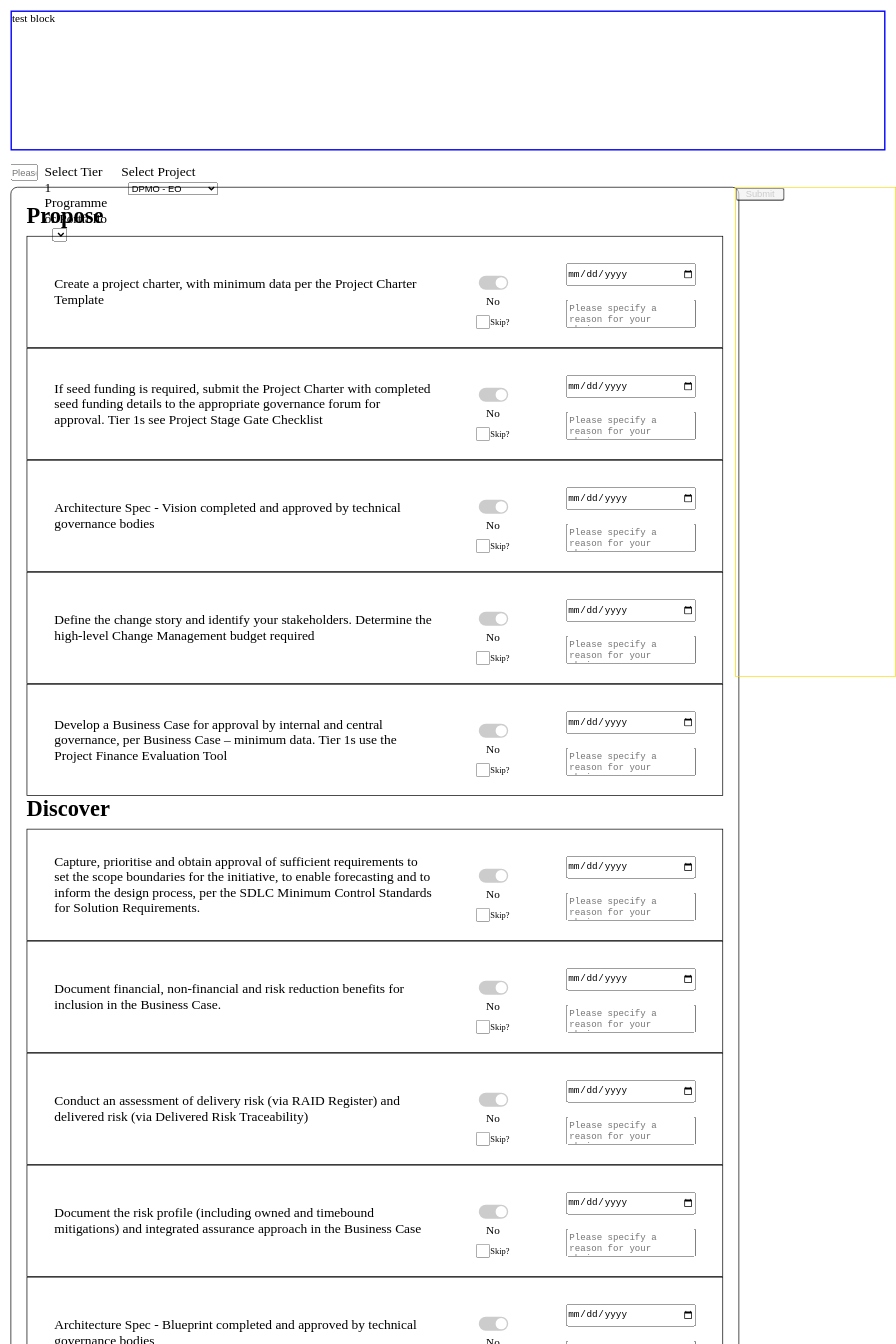
Repository: I-Alpha/JQuery-Html-form
Page: Project-form.html
The author's editor kept a copy of each file at every save. The page is drawn from the files as they stood at one save, then again after a run of saves.
The browser window is 1280 px wide. The pictures show the part of the page from y = 0 to 1920 px (the page is 8699 px tall), at 70% of full size.

Above is the page before, as saved 2020-10-27 00:55:49.

### Project-form.html
<!DOCTYPE html>
<html lang="en">

<head>
    <meta charset="UTF-8">
    <meta name="viewport" content="width=device-width, initial-scale=1.0">
    <link rel="preload" type="fetch" id="Excelfile" name="Excelfile" value="QuestionData.xlsx" />
    <script src="https://ajax.googleapis.com/ajax/libs/jquery/3.5.1/jquery.min.js"></script>
    <script src="https://cdnjs.cloudflare.com/ajax/libs/xlsx/0.14.5/xlsx.full.min.js"></script>
    <script src="https://cdnjs.cloudflare.com/ajax/libs/babel-polyfill/6.26.0/polyfill.js"></script>
    <script src="https://cdnjs.cloudflare.com/ajax/libs/xlsx/0.8.0/jszip.js"></script>
    <script src="https://cdnjs.cloudflare.com/ajax/libs/xlsx/0.8.0/xlsx.js"></script>
    <script src="main.js"></script>
    <link rel="stylesheet" href="main.css" />
    </style>
    <title>Document</title>
</head>

<body style=" display:flex; flex-direction: column; padding: 15px">
    <div id="testblock" name="testblock" style="border:2px solid blue; width: 100%; min-height:200px">test block</div>


    <div id="mainwrapper" style="justify-content: center;">
        <div id="preBar" class="container">
            <div id="formControl" class="container">    <input type= "text" id= "fullname" class= "required" placeholder="Please type your full name"></input>
                <label for="selectPorfolio">Select Tier 1 Programme or Portfolio
                    <select name="selectPorfolio" id="selectPorfolio" style=" margin :0 0 0 10px; max-width:8rem;"
                        placeholder="Select Portfolio"></select></label>
                <label for="selectProject">Select Project
                    <select name="selectProject" id="selectProject" style=" margin :0 0 0 10px; max-width:8rem; "
                        placeholder="Select Portfolio"></select></label>
            </div>

        </div>
        <div id="formContainer" class="container">
            <div id="wrapper">
                <form id="form1">

                    <table class="hidden">
                        <tr>
                            <td colspan=4 class="questCol">
                                <label class="questionLabel" for="mainCheck"></label>
                            </td>
                            <td colspan=1 class="inputCol">
                                <span class="inputContainer">
                                    <span class="mainCheckContainer" style=" display:flex; flex-direction: column;">
                                        <label class="switch">
                                            <input class="mainCheck" type="checkbox" checked>
                                            <span class="slider  round"></span>
                                        </label>
                                        <p for="mainCheck" class="mainChoice" data-val="Yes">No</p>
                                    </span>
                                    <span class="skipContainer" style="left : 6px; display:flex; ">
                                        <input class="skipCheck" type="checkbox">
                                        <p class="skipChoice">Skip?</p>
                                    </span>

                                </span>
                            </td>
                            <td colspan=2 class="altCol">
                                <input type="date" min="getDate()">
                                <textarea type="text"
                                    placeholder="Please specify a reason for your choice...."></textarea>
                            </td>
                        </tr>
                    </table>

                </form>
            </div><div></div>
            <div id= "progressBar"  style ="border : 1px solid gold ; width :230px; right: 0;  position: fixed; height: 700px">
            <button style="order:1; margin:0;" class = "disabled"id="submitbtn" type="submit" form="form1" value="Submit">Submit</button>
        </div>
        </div>

    </div>

</body>

</html>

### main.css

    * {
        box-sizing: border-box;
        margin: 0;
        padding: 0;
        color: black;

    }

    html {
        width: 100%;
        height: 100%;

    }


    label{
        font-size:.9rem;
       }

    body {
        width: 100%;
        height: 100%;
        display: flex;
        position: relative;
        flex-direction: column;
    }

    .hidden{
    display:none;
    visibility: none;
    opacity: 0;
   position:absolute;
    }
    .center {

        text-align: center;
    }

    .container {
        display: flex;
        position: relative;
    }


    h1 {
        margin-bottom: 10px;
    }

    #wrapper {
        border: solid 1px black;
        border-radius: 10px;
        padding: 20px;
        margin-bottom: 10px;

    }

    #mainwrapper{
        max-width: 98%;
    }
    p {
        color: black;
        font-size: 1rem;
        height: auto;
        width: auto;
    }

 .disabled{
     opacity: 60%;
     color:darkgray;
     pointer-events: none;
 }
  form{
      width:100%;
      height : auto;
  }

    .skipContainer {
        position: relative;
        align-items: center;
        left: 0;
        display: flex;
        margin-top: 10px;
    }

    .skipCheck {
        width: 20px;
        height: 20px;

    }

    .skipChoice {font-size: 12px;}


    .skipChoice,
    .skipCheck {
        position: relative;
        left: -10px;
    }

    /* slider */
    .switch {
        position: relative;
        display: inline-block;
        width: 42px;
        height: 20px;
    }

    .switch input {
        opacity: 0;
        width: 0;
        height: 0;
    }

    .slider {
        position: absolute;
        cursor: pointer;
        top: 0;
        left: 0;
        right: 0;
        bottom: 0;
        background-color: #ccc;
        -webkit-transition: .4s;
        transition: .4s;
    }

    .slider:before {
        position: absolute;
        content: "";
        height: 16px;
        width: 16px;
        right:2px;
        bottom: 2px;
        background-color: white;
        -webkit-transition: .4s;
        transition: .4s;
    }

    .mainCheck:checked+.slider {
        background-color: #2196F3;
    }

    .mainCheck:focus+.slider {
        box-shadow: 0 0 1px #2196F3;
    }

    .mainCheck:checked+.slider:before {
        -webkit-transform: translateX(-23px);
        -ms-transform: translateX(-23px);
        transform: translateX(-23px);
    }

    /* Rounded sliders */
    .slider.round {
        border-radius: 34px;
    }

    .slider.round:before {
        border-radius: 50%;
    }

    /*end of slider section*/

    button {
        margin: 10px;
        width: 70px;
        border-radius: 4px;
    }

    td {
         display: flex;
         flex-direction: column;
    }
    td > *{
         padding : 5px 0;
    }


    tr{
        height:10rem;   border: 1px solid black;
        border-collapse: collapse;
}

tr::after{
    border: 1px solid green;
    height:1px;
    content: :" ";
    width: 100%;
    position: relative;
    display: block;
}

td.inputContainer {
    display: inline-block;
    height:100%;
}

td.inputCol{
    display:flex;
    position: relative;
    text-align: center;
    align-items:center;
    min-height:100%;

}

  .questCol textarea{

   padding:  2px  3px;
   display: block;
   position: relative;
   min-width: 95%;
}



/* iPads (portrait and landscape) ----------- */
@media only screen
and (min-device-width : 768px)
and (max-device-width : 1024px) {
/* Styles */
}

/* iPads (landscape) ----------- */
@media only screen
and (min-device-width : 768px)
and (max-device-width : 1024px)
and (orientation : landscape) {
/* Styles */
}

/* iPads (portrait) ----------- */
@media only screen
and (min-device-width : 768px)
and (max-device-width : 1024px)
and (orientation : portrait) {
/* Styles */
}

/* Desktops and laptops ----------- */
@media only screen
and (min-width : 1224px) {
/* Styles */

 label {
     font-size: 1.2rem;
 }

#wrapper{
     min-width: 85%;
     height:auto;
    }

    .inputContainer{

        position: relative;
        top:15px;
     }

    td.inputCol{
        position: absolute;
        vertical-align: middle;


    }

    td {
        position: relative;
        justify-content: center;
        padding:10px 15px;}

    .questCol{
        position: relative;
        padding-right: 5px;
        max-width:35rem;
    }

    td.altCol{
        position: relative;
        height: 100%;
    }
     textarea{
        resize: none;
        display: block;
        font-size: 13px;
        text-align: start;
        align-content: flex-start;
         width:100%;
         top:10px;
         position: relative;
         margin-top:10px;
         padding: 4px 4px;
         align-items: flex-start;
    }

     td.altCol input {
         width:100%;
     }

    tr{
        display: flex;
        flex-direction: row;
        border: 1px solid black;
        border-collapse: collapse;
        justify-content: space-around;

    }


  #preBar{
   display: grid;
    flex-direction: row;
   grid-template-columns: 1fr 2fr 1fr;

   margin : 10px 0;
  }


  #preBar div{
 display: flex;
 height:2rem;

  }

  #radioBtnBox label{
    margin: 0 20px;
  }

  #radioBtnBox label input{
    margin: 0 10px;
  }
  #radioBtnBox{
    margin-left:90px;
    border:1px solid black;
    padding: 10px 0;
}

#formControl select{

    margin: 0px 10px 0  0;
}
#formControl label{
   margin:10px;
    align-items:center;

}

 #fullname{
     position: relative;
     max-height:1.5rem;
     bottom:-9.2px;
     width: 100%;

    }

#form1 {


    position: relative;
display: flex;
flex-direction: column;
}

table{
    width:100%;
}


.mainChoice {
    display: flex;
    margin-top: 8px;
    left:10px;
    position: relative;
}

#formContainer{


}

td.inputContainer {
    display: inline-block;
    height:100%;
}

td.inputCol{
    display:flex;
    position: relative;
    vertical-align: middle;
    text-align: center;
    align-items:center;
    min-height:100%;

}
}

/* Large screens ----------- */
@media only screen
and (min-width : 1824px) {
/* Styles */
}

/* iPhone 4 ----------- */
@media
only screen and (-webkit-min-device-pixel-ratio : 1.5),
only screen and (min-device-pixel-ratio : 1.5) {
/* Styles */
}

Loaded but not shown: main.js (514 lines, source omitted)

After the next 6 saves:
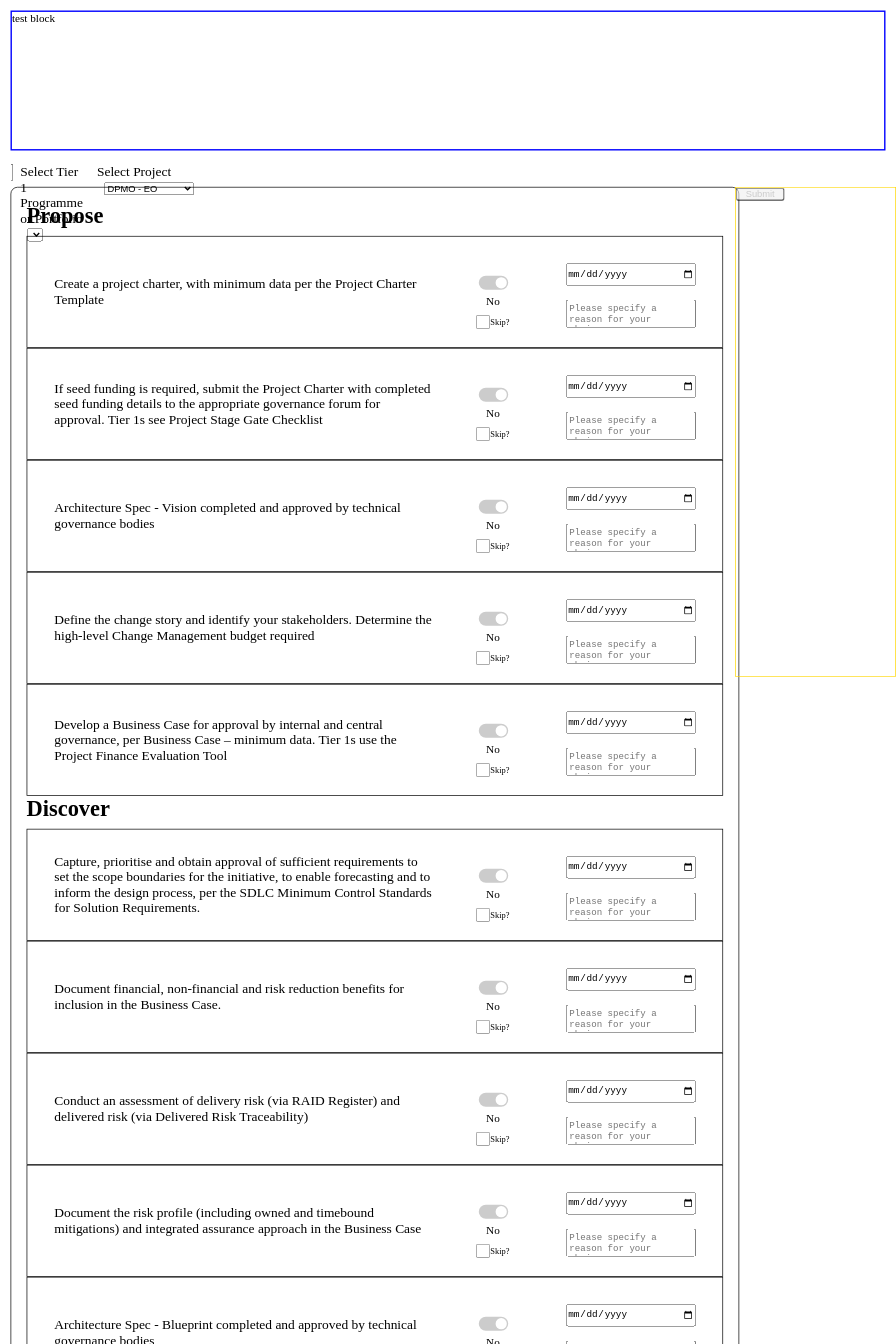
The 6 saves are shown as one change because they came seconds apart.
The last was saved 15 s later.
--- a/main.css
+++ b/main.css
@@ -310,7 +310,7 @@ and (min-width : 1224px) {
   #preBar{
    display: grid;
     flex-direction: row;
-   grid-template-columns: 1fr 2fr 1fr;
+   grid-template-columns: 100px 1fr 1fr;
 
    margin : 10px 0;
   }
